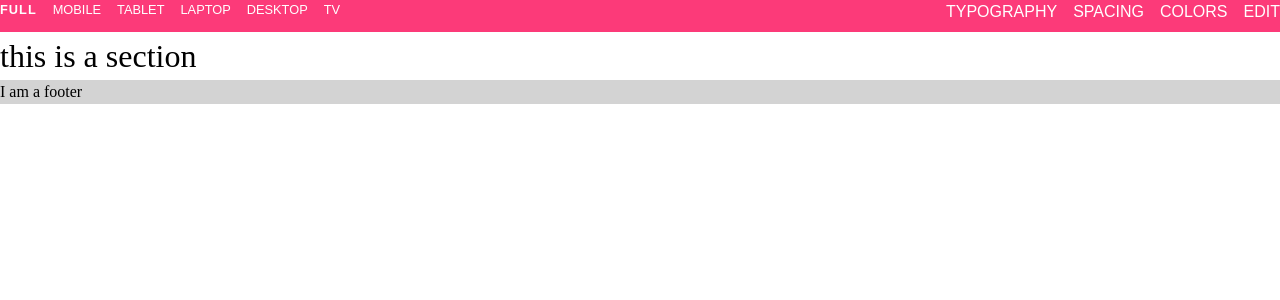
Repository: Terrycoco/coco-playground
Page: /
These files come from the project's save history. The page is drawn as it stood at one moment and after the next save; the edit follows.
The browser window is 1280 px wide. The pictures show the whole page.
The project was rebuilt for these pictures with package versions that can differ from the ones it lists, and the page was loaded fresh each time. The framework's server and built-in components were replaced by stand-ins that run in the browser. Also part of the build but not shown: next.config.js, src/components/layout/FakeHeader.js.

Above is the page before, as saved 2023-03-20 11:36:09.

### src/app/layout.js
//THIS FILE DEFINES BASIC HTML FOR WHOLE SITE
//YOU CAN OVERWRITE ANY METADATA IN INDIVIDUAL ROUTES ALSO
"use client";
import { Providers } from "./store/provider";
import "./globals.css";
import Header from "@/components/layout/Header.js";
import Drawer from "@/components/layout/Drawer.js";
import Footer from "@/components/layout/Footer";
import ScreenEmulator from "@/components/layout/ScreenEmulator";

//can't use metadata on files that use client
// export const metadata = {
//   title: "Theme Playground",
//   description: "Theme Playground By Coco",
// };

export default function RootLayout({ children }) {
  return (
    <html lang="en">
      <head>
        <title>Coco Theme Playground</title>
      </head>

      <body>
        <Providers>
          <>
            <Header />
            <Drawer openWidth="700px">I am a form</Drawer>
            <ScreenEmulator>
              {children}
              <Footer />
            </ScreenEmulator>
          </>
        </Providers>
      </body>
    </html>
  );
}

### src/app/page.js
"use client";
import { useSelector, useDispatch } from "react-redux";
import { selectTheme } from "./store/slices/themeSlice";

export default function Page() {
  const theme = useSelector(selectTheme);
  console.log("page recd theme:", theme);
  return (
    <main>
      <section>this is a section</section>
    </main>
  );
}

// <section id="theme" style={getContainerStyle("section")}>
// <h1 style={getHStyle("h1")}>
//   This the result of your Theme{"   "}
//   <span style={styles.smgray}>(h1)</span>
// </h1>
// <h2 style={getHStyle("h2")}>
//   Your Default Styles Are Shown{"   "}
//   <span style={styles.smgray}>(h2)</span>
// </h2>
// <h3 style={getHStyle("h3")}>
//   You selected {`${levCount - 1}`} levels of headings.
//   <span style={styles.smgray}>(h3)</span>
// </h3>

// <h4 style={getHStyle("h4")}>
//   I am a heading level 4 {"   "}
//   <span style={styles.smgray}>(h4)</span>
// </h4>

// <h5 style={getHStyle("h5")}>
//   I am a heading level 5{"   "}
//   <span style={styles.smgray}>(h5)</span>
// </h5>

// <h6 style={getHStyle("h6")}>
//   I am a heading level 6{"   "}
//   <span style={styles.smgray}>(h6)</span>
// </h6>

// <p data-el="p" style={getTextStyle("p")}>
//   Your theme settings will show up here. These are the default styles
//   for each element, which will be consistent across your project. You
//   can, of course, alter them for individual elements as you see fit.{" "}
//   <span style={styles.smgray}>(p)</span>
// </p>
// <p data-el="p" style={getTextStyle("p")}>
//   This is the paragraph element. To set the font scale among the
//   different headings and at different screen resolutions, go to{" "}
//   <b>SCALE</b>. The rest of the paragraph settings can be found by
//   clicking <b>TEXT</b> <span style={styles.smgray}>(p)</span>
// </p>

// <p data-el="p" style={getTextStyle("p")}>
//   Don't like the spacing? Click <b>CONTAINERS</b> to set default padding
//   and margins for container elements like sections, the header and
//   footer, between paragraphs, etc.{" "}
//   <span style={styles.smgray}>(p)</span>
// </p>
// </section>
// <section id="colors" style={getContainerStyle("section")}>
// <h1 style={getHStyle("h1")}>
//   This the result of your Theme{"   "}
//   <span style={styles.smgray}>(h1)</span>
// </h1>
// <h2 style={getHStyle("h2")}>
//   Your Default Styles Are Shown{"   "}
//   <span style={styles.smgray}>(h2)</span>
// </h2>
// <h3 style={getHStyle("h3")}>
//   You selected {`${levCount - 1}`} levels of headings.
//   <span style={styles.smgray}>(h3)</span>
// </h3>

// <h4 style={getHStyle("h4")}>
//   I am a heading level 4 {"   "}
//   <span style={styles.smgray}>(h4)</span>
// </h4>

// <h5 style={getHStyle("h5")}>
//   I am a heading level 5{"   "}
//   <span style={styles.smgray}>(h5)</span>
// </h5>

// <h6 style={getHStyle("h6")}>
//   I am a heading level 6{"   "}
//   <span style={styles.smgray}>(h6)</span>
// </h6>

// <p data-el="p" style={getTextStyle("p")}>
//   Your typography styles will show up here. These are the default styles
//   for each element, which will be consistent across your project. You
//   can, of course, alter them for individual elements as you see fit.{" "}
//   <span style={styles.smgray}>(p)</span>
// </p>
// <p data-el="p" style={getTextStyle("p")}>
//   This is the paragraph element. To set the font scale among the
//   different headings and at different screen resolutions, go to{" "}
//   <b>SCALE</b>. The rest of the paragraph settings can be found by
//   clicking <b>TYPOGRAPHY</b> <span style={styles.smgray}>(p)</span>
// </p>

// <p data-el="p" style={getTextStyle("p")}>
//   Don't like the spacing? Click <b>SPACING</b> to set default padding
//   and margins for elements like sections, the header and footer, between
//   paragraphs, etc. <span style={styles.smgray}>(p)</span>
// </p>
// </section>

### src/app/store/provider.js
"use client";

import { Provider } from "react-redux";
import store from "./store";

export function Providers({ children }) {
  return <Provider store={store}>{children}</Provider>;
}

### src/app/globals.css
@import "./reset.css";

:root {
  font-size: 1rem;
}
body {
  margin: 0;
  min-height: 100vh;
}

header {
  background-color: black;
  color: white;
}

footer {
  background-color: lightgray;
  color: black;
}

section {
  font-size: 2rem;
}

### src/components/layout/Header.js
"use client";
import React from "react";
import { useSelector } from "react-redux";
import { selectTheme } from "@/slices/themeSlice";
import { selectVariables } from "@/slices/variablesSlice";
import DeviceMenu from "@/components/menus/DeviceMenu";
import MainMenu from "@/components/menus/MainMenu";

function Header() {
  const theme = useSelector(selectTheme);
  const variables = useSelector(selectVariables);

  const styles = {
    header: {
      display: "flex",
      justifyContent: "space-between",
      flexWrap: "wrap",
    },
  };

  const getHeaderStyles = () => {
    let styles = { ...theme.containers.header };
    styles.backgroundColor = variables[styles.backgroundColor];
    styles.display = "flex";
    styles.justifyContent = "space-between";
    styles.flexWrap = "wrap";
    styles.alignItems = "middle";
    return styles;
  };

  return (
    <header style={getHeaderStyles()}>
      <DeviceMenu />
      <MainMenu />
    </header>
  );
}

export default Header;

### src/components/layout/Drawer.js
import { useState, useEffect } from "react";
import { useSelector } from "react-redux";
import { selectContainers } from "@/slices/themeSlice";
import { selectIsDrawerOpen } from "@/slices/uiSlice";
import { selectVariables } from "@/slices/variablesSlice";

//may want to pass in width val

const Drawer = (props) => {
  const [width, setWidth] = useState("0px");
  const containers = useSelector(selectContainers);
  const isOpen = useSelector(selectIsDrawerOpen);
  const variables = useSelector(selectVariables);

  useEffect(() => {
    if (isOpen) {
      setWidth(props.openWidth);
    } else {
      setWidth("0px");
    }
  }, [isOpen, props.openWidth]);

  let styles = {
    drawer: {
      height: "100vh",
      width: width,
      position: "fixed",
      zIndex: "99999",
      top: containers.header.height,
      right: "0",
      backgroundColor: variables["var(--clr-whitish)"],
      overflowX: "hidden",
      transition: " 0.5s",
      WebkitBoxShadow: "-3px 0px 3px -3px gray",
      boxShadow: "-3px 0px 3px -3px gray",
    },
  };

  return (
    <div id="drawer" style={styles.drawer}>
      {props.children}
    </div>
  );
};

export default Drawer;

### src/components/layout/Footer.js
"use client";
import React from "react";

const Footer = () => {
  return <footer>I am a footer</footer>;
};

export default Footer;

### src/components/layout/ScreenEmulator.js
import { useState, useEffect } from "react";
import { useSelector } from "react-redux";
import { selectCurrentDevice, selectIsFullScreen } from "@/slices/uiSlice";
import { selectDevices, selectDeviceElements } from "@/slices/themeSlice";
import FakeHeader from "@/components/layout/FakeHeader";

const ScreenEmulator = ({ children, ...props }) => {
  const [width, setWidth] = useState("400px");
  const isFullScreen = useSelector(selectIsFullScreen);
  const device = useSelector(selectCurrentDevice);
  const devices = useSelector(selectDevices);
  const [baseFontSize, setBaseFontSize] = useState();
  const deviceFontSizes = useSelector(selectDeviceElements);

  //get some valid heights
  useEffect(() => {
    if (device && device.length > 0 && devices !== undefined) {
      if (isFullScreen) {
        setWidth(window.innerWidth);
      } else {
        console.log("device is:", device, "devices:", devices);
        let w = devices[device].min + 100 + "px";
        setWidth(w);
      }
      setBaseFontSize(deviceFontSizes[device].body.fontSize + "px");
    }
  }, [device, isFullScreen]);

  const getEmulation = () => {
    return {
      border: "1px solid darkgray",
      width: `${width}`,
      overflowX: "hidden",
      fontSize: `${baseFontSize}`,
      marginTop: "1rem",
      marginLeft: "1rem",
      height: window.innerHeight - 75 + "px",
      overflowY: "scroll",
      borderRadius: "10px",
      boxShadow: "rgba(213, 217, 217, 0.5) 0 2px 5px 0",
    };
  };

  if (isFullScreen == true) {
    return <>{children}</>;
  } else {
    return (
      <div style={getEmulation()}>
        <FakeHeader />
        {children}
      </div>
    );
  }
};

export default ScreenEmulator;

### src/app/store/slices/themeSlice.js
"use client";

import { createSlice, createSelector } from "@reduxjs/toolkit";
import { HYDRATE } from "next-redux-wrapper";
import { currentTheme } from "@/themes";

const initialState = {
  headingCount: currentTheme.headingCount,
  fonts: currentTheme.fonts,
  colors: currentTheme.colors,
  colorVariants: currentTheme.colorVariants,
  devices: currentTheme.devices,
  deviceElements: currentTheme.deviceElements,
  text: currentTheme.text,
  containers: currentTheme.containers,
};

export const themeSlice = createSlice({
  name: "theme",
  initialState,
  reducers: {
    updateText(state, action) {
      state.text[action.payload.element][action.payload.propName] =
        action.payload.value;
    },

    extraReducers: {
      [HYDRATE]: (state, action) => {
        return {
          ...state,
          ...action.payload.theme,
        };
      },
    },
  },
});

export const { updateText } = themeSlice.actions;
export const selectTheme = (state) => state.theme;
export const selectText = (state) => state.theme.text;
export const selectDevices = (state) => state.theme.devices;
export const selectDeviceElements = (state) => state.theme.deviceElements;
export const selectContainers = (state) => state.theme.containers;
export default themeSlice.reducer;

### src/app/store/store.js
"use client"; //anything that will access redux must use client
import { configureStore } from "@reduxjs/toolkit";
import { themeSlice } from "./slices/themeSlice";
import { variablesSlice } from "./slices/variablesSlice";
import { uiSlice } from "./slices/uiSlice";

// config the store
const store = configureStore({
  reducer: {
    [themeSlice.name]: themeSlice.reducer,
    [variablesSlice.name]: variablesSlice.reducer,
    [uiSlice.name]: uiSlice.reducer,
  },
});

// export default the store
console.log("store:", store.getState());
export default store;

### src/app/reset.css
/* Box sizing rules */
*,
*::before,
*::after {
  box-sizing: border-box;
}

/* Remove default margin */
main,
html,
body,
h1,
h2,
h3,
h4,
h5,
h6,
p,
figure,
blockquote,
dl,
dd {
  margin: 0;
  padding: 0;
}

/* Remove list styles on ul, ol elements with a list role, which suggests default styling will be removed */
ul,
menu,
ol {
  list-style: none;
}

/* remove discs from list items */
li {
  list-style-type: none;
}

/* Set core root defaults */
html:focus-within {
  scroll-behavior: smooth;
}

/* Set core body defaults */
body {
  min-height: 100vh;
  text-rendering: optimizeSpeed;
  line-height: 1.5;
}

/* A elements that don't have a class get default styles */
a:not([class]) {
  text-decoration-skip-ink: auto;
}

/* Make images easier to work with */
img,
picture {
  max-width: 100%;
  display: block;
}

menu {
  margin-block-start: 0em;
  margin-block-end: 0em;
  margin-inline-start: 0px;
  margin-inline-end: 0px;
  padding-inline-start: 0px;
}

/* Inherit fonts for inputs and buttons */
input,
button,
textarea,
select {
  font: inherit;
}

/* remove any default font props */
body,
h1,
h2,
h3,
h4,
h5,
h6,
p {
  letter-spacing: normal;
  word-spacing: normal;
  line-height: 1.5;
  font-optical-sizing: auto;
}

/* Remove all animations, transitions and smooth scroll for people that prefer not to see them */
@media (prefers-reduced-motion: reduce) {
  html:focus-within {
    scroll-behavior: auto;
  }

  *,
  *::before,
  *::after {
    animation-duration: 0.01ms !important;
    animation-iteration-count: 1 !important;
    transition-duration: 0.01ms !important;
    scroll-behavior: auto !important;
  }
}

### src/app/store/slices/variablesSlice.js
import { createSlice } from "@reduxjs/toolkit";
import { HYDRATE } from "next-redux-wrapper";
import { currentTheme } from "@/themes";
import { updateColor, updateFont } from "@/app/store/sharedActions";

function toCSS(key) {
  var result = key.replace(/([A-Z])/g, " $1");
  return result.split(" ").join("-").toLowerCase();
}

const getFontVariable = (fontName) => {
  let str = fontName.replaceAll(" ", "-").toLowerCase();
  return `var(--font-${str})`;
};

const loadInitVariables = () => {
  let variables = {};
  let section, prefix;

  //fonts
  section = "fonts";
  prefix = "var(--font-";
  for (const key in currentTheme[section]) {
    variables[`${prefix}${key})`] = getFontVariable(currentTheme[section][key]);
  }

  //colors
  section = "colors";
  prefix = "var(--clr-";
  for (const key in currentTheme[section]) {
    variables[`${prefix}${key})`] = toCSS(currentTheme[section][key]);
  }

  //color variants
  section = "colorVariants";
  prefix = "var(--clr-";
  for (const key in currentTheme[section]) {
    variables[`${prefix}${key})`] = toCSS(currentTheme[section][key]);
  }

  return variables;
};

const initialState = loadInitVariables();

export const variablesSlice = createSlice({
  name: "variables",
  initialState,
  reducers: {
    updateVariable(state, action) {
      state[action.payload.key] = action.payload.value;
    },
  },
  extraReducers: (builder) => {
    builder
      .addCase(updateColor, (state, action) => {
        action.payload.map((obj) => {
          state[obj.themeVar] = obj.value;
        });
      })
      .addCase(updateFont, (state, action) => {
        console.log("got here:", action.payload);
        //theme variable (ie body) has been updated to another font
        state[action.payload.themeVar] = action.payload.fontVar;
      });
  },
});

export const { updateVariable } = variablesSlice.actions;
export const selectVariables = (state) => state.variables;
export default variablesSlice.reducer;

### src/components/menus/DeviceMenu.js
"use client";
import { useState, useEffect } from "react";
import { useSelector, useDispatch } from "react-redux";
import {
  selectCurrentDevice,
  updateCurrentDevice,
  updateIsFullScreen,
  selectIsFullScreen,
} from "@/slices/uiSlice";
import { selectDevices } from "@/slices/themeSlice";
import css from "./menu.module.css";

const DeviceMenu = () => {
  const currentDevice = useSelector(selectCurrentDevice);
  const fullScreen = useSelector(selectIsFullScreen);
  const dispatch = useDispatch();
  const devices = useSelector(selectDevices);
  const [userSize, setUserSize] = useState();
  const [userDevice, setUserDevice] = useState();

  useEffect(() => {
    setUserSize(window.innerWidth); //TODO MAKE RESPONSIVE
    let ud = getUserDevice(window.innerWidth, devices);
    console.log("userDevice:", ud);
    setUserDevice(ud);
    dispatch(updateCurrentDevice(ud));
  }, []);

  const styles = {
    menu: {
      display: "flex",
      flexDirection: "row",
      justifyContent: "space-evenly",
    },
    li: {
      fontFamily: "Arial",
      textTransform: "uppercase",
      fontSize: ".8em",
      paddingRight: "1rem",
    },
  };

  const handleSelect = (e) => {
    const dev = e.target.id;
    if (dev === "full") {
      dispatch(updateIsFullScreen(true));
      dispatch(updateCurrentDevice(userDevice));
    } else {
      dispatch(updateCurrentDevice(dev));
      dispatch(updateIsFullScreen(false));
    }
  };

  return (
    <menu style={styles.menu}>
      <li id="full" style={styles.li} onClick={handleSelect} className={css.li}>
        Full
      </li>
      <li
        id="mobile"
        style={styles.li}
        className={css.li}
        onClick={handleSelect}
      >
        mobile
      </li>
      <li
        id="tablet"
        style={styles.li}
        className={css.li}
        onClick={handleSelect}
      >
        tablet
      </li>
      <li
        id="laptop"
        style={styles.li}
        className={css.li}
        onClick={handleSelect}
      >
        laptop
      </li>
      <li
        id="desktop"
        style={styles.li}
        className={css.li}
        onClick={handleSelect}
      >
        desktop
      </li>
      <li id="tv" style={styles.li} className={css.li} onClick={handleSelect}>
        tv
      </li>
    </menu>
  );
};

export default DeviceMenu;

function getUserDevice(size, devices) {
  for (const d in devices) {
    if (devices[d].min <= size && size <= devices[d].max) {
      return d;
    }
  }
}

### src/components/menus/MainMenu.js
"use client";
import React from "react";
import { useSelector, useDispatch } from "react-redux";
import { selectTheme } from "@/slices/themeSlice";
import { selectVariables } from "@/slices/variablesSlice";
import {
  updateCurrentForm,
  updateIsDrawerOpen,
  selectIsDrawerOpen,
} from "@/slices/uiSlice";
import css from "./menu.module.css";

function MainMenu() {
  const theme = useSelector(selectTheme);
  const variables = useSelector(selectVariables);
  const dispatch = useDispatch();
  const isDrawerOpen = useSelector(selectIsDrawerOpen);

  const styles = {
    menu: {
      display: "flex",
      justifyContent: "space-evenly",
    },
    li: {
      fontFamily: "Arial, Helvetica",
      fontSize: "1em",
      textTransform: "uppercase",
      paddingLeft: "1em",
    },
  };

  const handleClick = (e) => {
    e.stopPropagation();
    e.preventDefault();
    let opt = e.target.id;
    if (opt == "edit") {
      dispatch(updateIsDrawerOpen(!isDrawerOpen));
    } else {
      dispatch(updateCurrentForm(opt));
      dispatch(updateIsDrawerOpen(true));
    }
  };

  return (
    <menu style={styles.menu}>
      <li
        id="typography"
        style={styles.li}
        className={css.li}
        onClick={handleClick}
      >
        typography
      </li>
      <li
        id="spacing"
        style={styles.li}
        className={css.li}
        onClick={handleClick}
      >
        spacing
      </li>
      <li
        id="colors"
        style={styles.li}
        className={css.li}
        onClick={handleClick}
      >
        colors
      </li>
      <li id="edit" style={styles.li} className={css.li} onClick={handleClick}>
        edit
      </li>
    </menu>
  );
}

export default MainMenu;

### src/app/store/slices/uiSlice.js
"use client";

//slice for ui state

import { createSlice, createSelector } from "@reduxjs/toolkit";
import { HYDRATE } from "next-redux-wrapper";

const initialState = {
  currentForm: "",
  currentDevice: "",
  isFullScreen: true,
  isDrawerOpen: false,
  currentTab: 1,
};

export const uiSlice = createSlice({
  name: "ui",
  initialState,
  reducers: {
    updateCurrentForm(state, action) {
      state.currentForm = action.payload;
    },
    updateCurrentTab(state, action) {
      state.currentTab = action.payload;
    },
    updateCurrentDevice(state, action) {
      state.currentDevice = action.payload;
    },
    updateIsDrawerOpen(state, action) {
      state.isDrawerOpen = action.payload;
    },
    updateIsFullScreen(state, action) {
      state.isFullScreen = action.payload;
    },

    extraReducers: {
      [HYDRATE]: (state, action) => {
        return {
          ...state,
          ...action.payload.ui,
        };
      },
    },
  },
});

export const {
  updateCurrentForm,
  updateCurrentDevice,
  updateCurrentTab,
  updateIsDrawerOpen,
  updateIsFullScreen,
} = uiSlice.actions;
export const selectCurrentDevice = (state) => state.ui.currentDevice;
export const selectCurrentTab = (state) => state.ui.currentTab;
export const selectCurrentForm = (state) => state.ui.currentForm;
export const selectIsDrawerOpen = (state) => state.ui.isDrawerOpen;
export const selectIsFullScreen = (state) => state.ui.isFullScreen;
export default uiSlice.reducer;

### src/themes/index.js
import init from "./init";

module.exports = { currentTheme: init };

### src/app/store/sharedActions.js
import { createAction } from "@reduxjs/toolkit";
const varKeys = [75, 50, 25, 10, 5];

const updateColor = createAction("UPDATE_COLOR", function prepare(obj) {
  //any time theme color is updated, so are variants so pass those in with the payload
  console.log("shared updateColor", obj);
  let key = obj.key;
  let payloadVal = [];
  let newhex = obj.value;
  if (key !== "error" && key !== "whitish") {
    varKeys.map((pct) => {
      let variantKey = `${key}${pct}`;
      let val = getPctOfHex(newhex, pct);
      payloadVal.push({
        key: variantKey,
        value: val,
        section: "variants",
        themeVar: `var(--clr-${variantKey})`,
      });
    });
  }
  //push original one
  payloadVal.push({
    key: key,
    value: newhex,
    section: "themed",
    themeVar: `var(--clr-${key})`,
  });
  //console.log("newpayload:", payloadVal);
  return { payload: payloadVal };
});

const updateFont = createAction("UPDATE_FONT", function prepare(obj) {
  console.log("fontobj:", obj);
  /*shape of font payload
      propName: "body",
      name: "Gelasio",
      themeVar: "var(--font-body)",
      fontVar: "var(--font-gelasio)" */

  return { payload: obj };
});

module.exports = { updateColor, updateFont };

// util functions to calculate variant values --------------
function hexToHSL(H) {
  // Convert hex to RGB first
  let r = 0,
    g = 0,
    b = 0;
  if (H.length == 4) {
    r = "0x" + H[1] + H[1];
    g = "0x" + H[2] + H[2];
    b = "0x" + H[3] + H[3];
  } else if (H.length == 7) {
    r = "0x" + H[1] + H[2];
    g = "0x" + H[3] + H[4];
    b = "0x" + H[5] + H[6];
  }
  // Then to HSL
  r /= 255;
  g /= 255;
  b /= 255;
  let cmin = Math.min(r, g, b),
    cmax = Math.max(r, g, b),
    delta = cmax - cmin,
    h = 0,
    s = 0,
    l = 0;

  if (delta == 0) h = 0;
  else if (cmax == r) h = ((g - b) / delta) % 6;
  else if (cmax == g) h = (b - r) / delta + 2;
  else h = (r - g) / delta + 4;

  h = Math.round(h * 60);

  if (h < 0) h += 360;

  l = (cmax + cmin) / 2;
  s = delta == 0 ? 0 : delta / (1 - Math.abs(2 * l - 1));
  s = +(s * 100).toFixed(1);
  l = +(l * 100).toFixed(1);

  return { h: h, s: s, l: l };
}
function getPctOfHex(hex, pct) {
  //incoming pct is pct opacity of orig color
  let inverted = 100 - pct;
  //convert incoming to hsl
  let hsl = hexToHSL(hex);

  //current lightness is 0%;
  let currentLightPct = hsl.l;
  let remainingLightPct = 100 - currentLightPct;
  let onepct = remainingLightPct / 100;
  let desiredPct = onepct * inverted + currentLightPct;
  let result = HSLToHex(hsl.h, hsl.s, desiredPct);
  return result;
}
function HSLToHex(h, s, l) {
  s /= 100;
  l /= 100;

  let c = (1 - Math.abs(2 * l - 1)) * s,
    x = c * (1 - Math.abs(((h / 60) % 2) - 1)),
    m = l - c / 2,
    r = 0,
    g = 0,
    b = 0;

  if (0 <= h && h < 60) {
    r = c;
    g = x;
    b = 0;
  } else if (60 <= h && h < 120) {
    r = x;
    g = c;
    b = 0;
  } else if (120 <= h && h < 180) {
    r = 0;
    g = c;
    b = x;
  } else if (180 <= h && h < 240) {
    r = 0;
    g = x;
    b = c;
  } else if (240 <= h && h < 300) {
    r = x;
    g = 0;
    b = c;
  } else if (300 <= h && h < 360) {
    r = c;
    g = 0;
    b = x;
  }
  // Having obtained RGB, convert channels to hex
  r = Math.round((r + m) * 255).toString(16);
  g = Math.round((g + m) * 255).toString(16);
  b = Math.round((b + m) * 255).toString(16);

  // Prepend 0s, if necessary
  if (r.length == 1) r = "0" + r;
  if (g.length == 1) g = "0" + g;
  if (b.length == 1) b = "0" + b;

  return "#" + r + g + b;
}

### src/components/menus/menu.module.css
.li:hover {
  font-weight: 700;
  letter-spacing: 1px;
}

Loaded but not shown: src/themes/init.js (303 lines, source omitted)

After the next save:
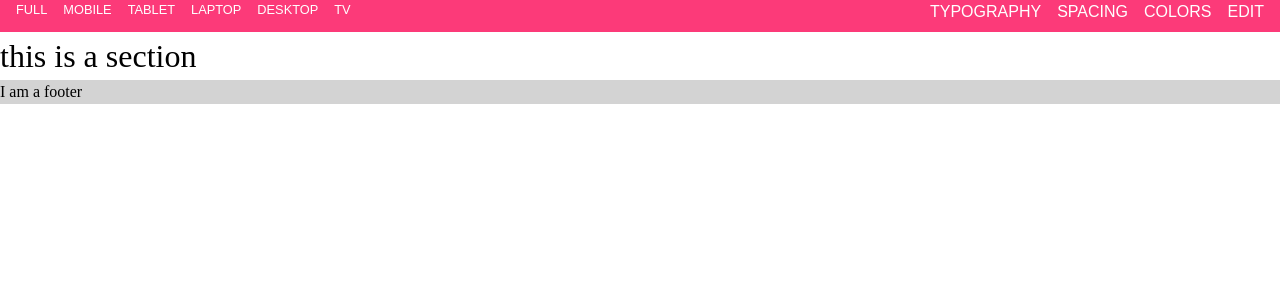
Saved 46 s later.
--- a/src/components/layout/Header.js
+++ b/src/components/layout/Header.js
@@ -25,6 +25,7 @@ function Header() {
     styles.justifyContent = "space-between";
     styles.flexWrap = "wrap";
     styles.alignItems = "middle";
+    (styles.paddingLeft = "1rem"), (styles.paddingRight = "1rem");
     return styles;
   };
 
